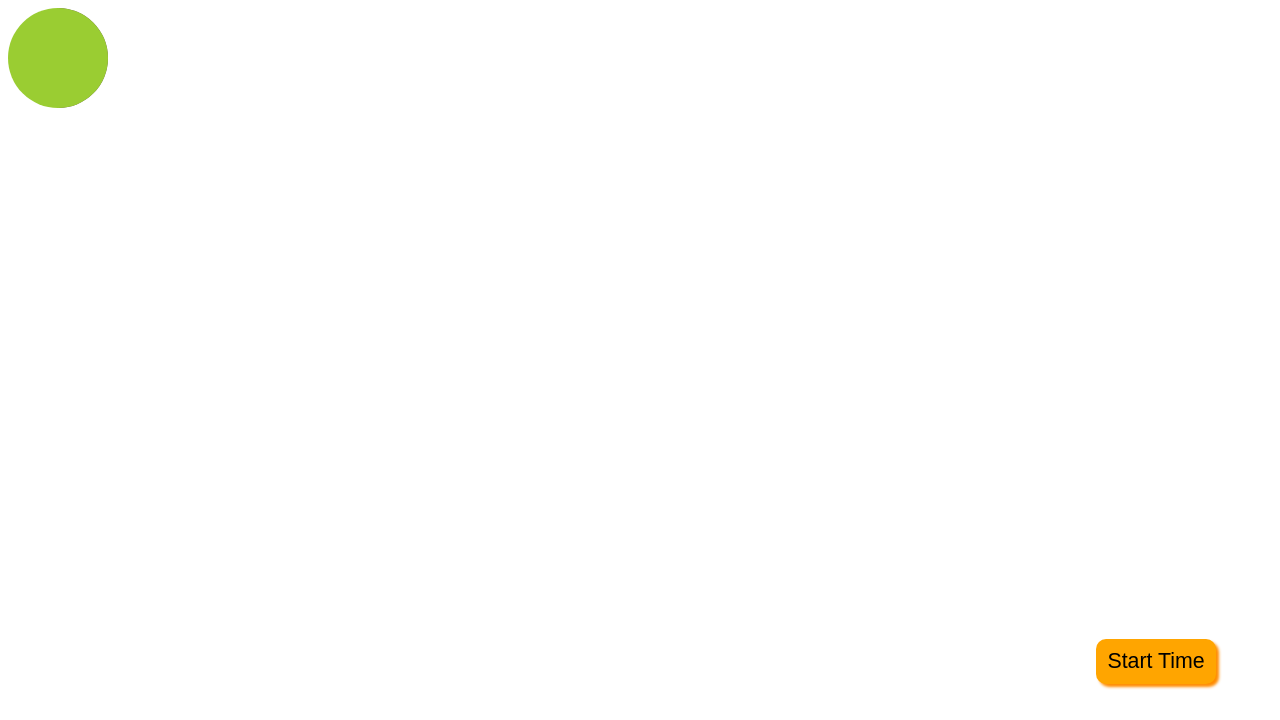
Repository: sylviaah/dynamicmidterm
Page: timer.html
The author's editor kept a copy of each file at every save. The page is drawn from the files as they stood at one save, then again after the next save.
The browser window is 1280 px wide. The pictures show the whole page.
After loading, the first visible `div.startTime` was clicked once.

Above is the page before, as saved 2020-03-13 09:51:39.

### timer.html
<!DOCTYPE html>
<html>
    <head>
        <title>Timer</title>
        <link rel="stylesheet" href="timer.css">
    </head>
    <body>
        <div class="timer"><div class="innerTimer"></div></div>

        <div class="startTime" onclick="start()">Start Time</div>

        <script src="timer.js"></script>
    </body>
</html>

### timer.css
.timer {
    visibility: hidden;
    width: 100px;
    height: 100px;
    border-radius: 50%;
    background: yellowgreen;
    background-image:
    linear-gradient(to right, transparent 50%, #655 0);
  }

.innerTimer {
    content: '';
    display: block;
    margin-left: 50%;
    height: 100%;
    border-radius: 0 100% 100% 0 / 50%;
    background-color:  yellowgreen;
    transform-origin: left;
    transform: rotate(0deg);
    animation: none;
}

@keyframes spin {
    to { transform: rotate(.5turn); }
  }

@keyframes bg {
    50% { background: #655; }
}

.startTime{
    display: flex;
    position: fixed;
    bottom: 5%;
    right: 5%;
    width: 100px;
    justify-content: center;
    border-radius: 10px;
    padding: 10px 10px;
    background-color:orange;
    font-size: 16pt;
    font-family: Arial, Helvetica, sans-serif;
    box-shadow: 3px 3px 3px darkorange;
}

### timer.js
var time = document.querySelector(".timer"),
    style = window.getComputedStyle(time,':before').transform;

var display = window.getComputedStyle(
	document.querySelector('.timer'), ':before'
).getPropertyValue('display');

    function start(){
        document.querySelector(".timer").style.visibility = "visible";
        time = "rotate(0deg)";
        if(time = "rotate(175deg)"){
            // alert("It works");
        }
    }

After the next save:
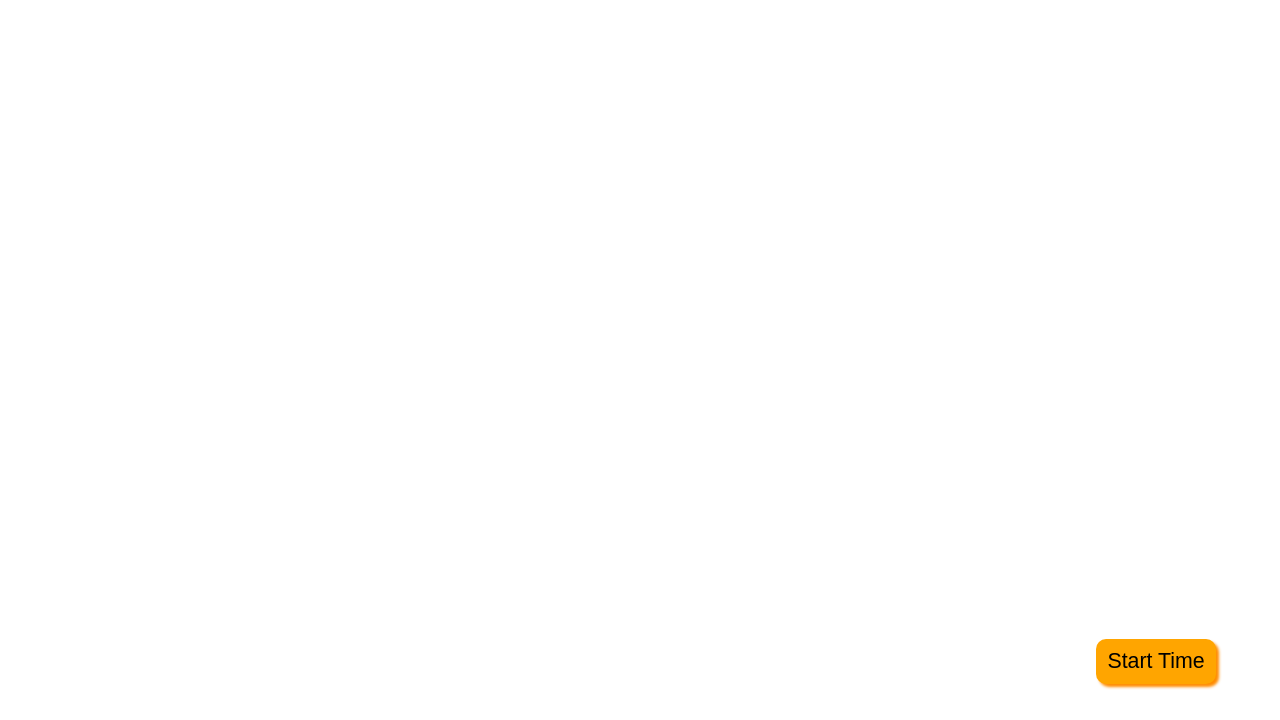
Console error: SyntaxError: Invalid or unexpected token
Saved 8 min 46 s later.
--- a/timer.js
+++ b/timer.js
@@ -1,14 +1,4 @@
-var time = document.querySelector(".timer"),
-    style = window.getComputedStyle(time,':before').transform;
-
-var display = window.getComputedStyle(
-	document.querySelector('.timer'), ':before'
-).getPropertyValue('display');
-
     function start(){
-        document.querySelector(".timer").style.visibility = "visible";
-        time = "rotate(0deg)";
-        if(time = "rotate(175deg)"){
-            // alert("It works");
-        }
+        document.querySelector(".innerTimer").style.animate = "spin "+ 1s +" linear infinite " +','+
+        "bg" + 2s + "step-end infinite";
     }

After the 2 saves that followed:
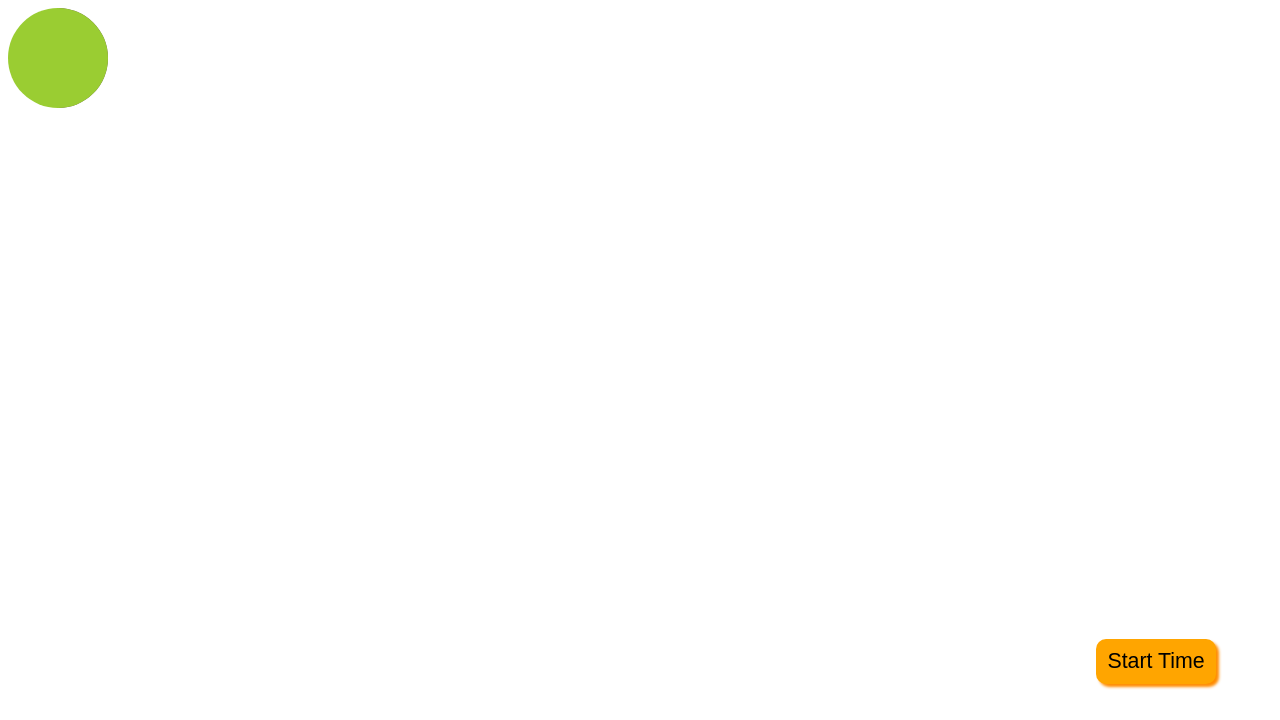
The error is gone.
The 2 saves are shown as one change because 1 left the picture as it was.
The last was saved 63 s later.
--- a/timer.js
+++ b/timer.js
@@ -1,4 +1,5 @@
     function start(){
-        document.querySelector(".innerTimer").style.animate = "spin "+ 1s +" linear infinite " +','+
-        "bg" + 2s + "step-end infinite";
+        document.querySelector(".timer").style.visibility = "visible";
+        document.querySelector(".innerTimer").style.animate = "spin "+ "1s" +" linear infinite " +','+
+        "bg" + "2s" + "step-end infinite";
     }
